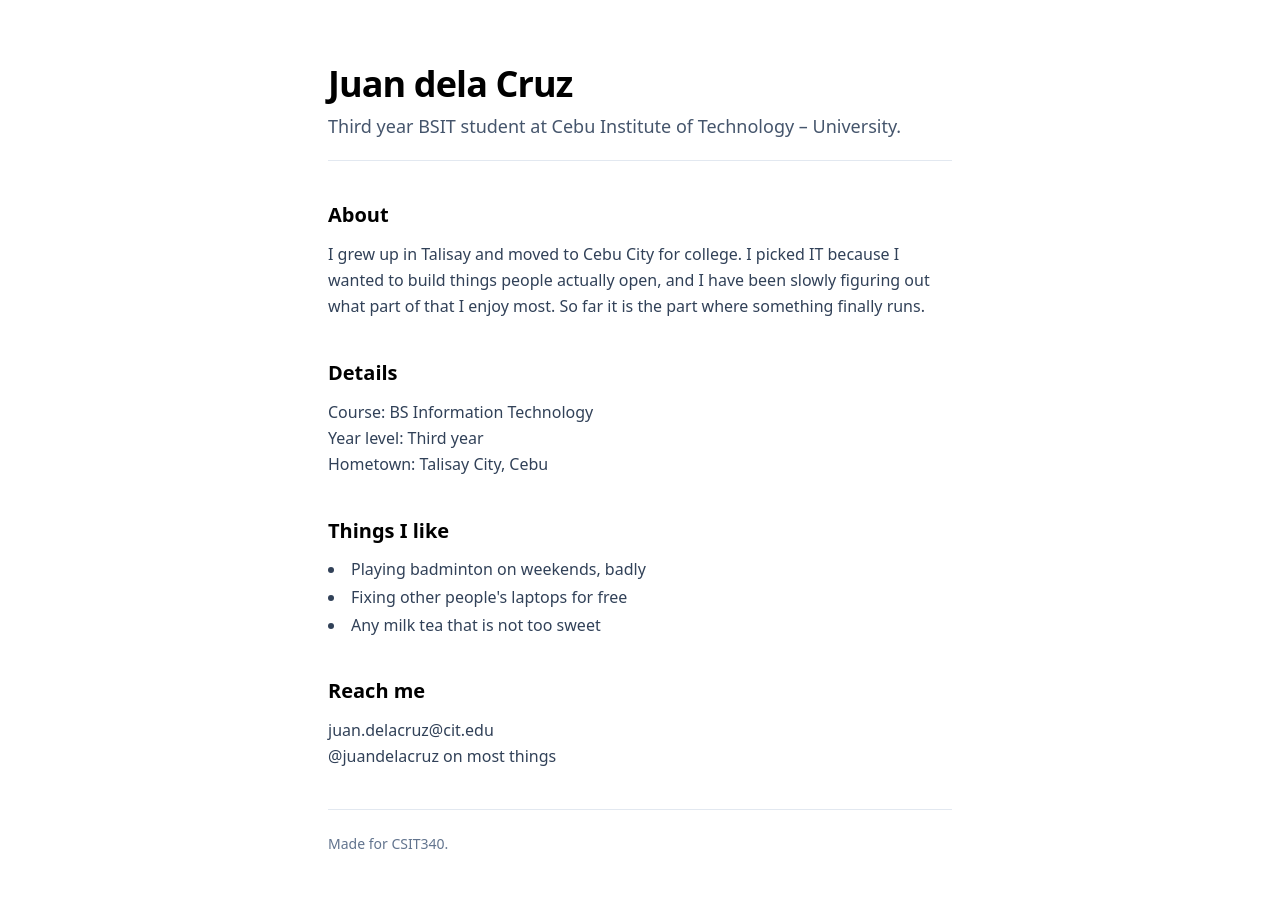
Repository: nicole-galan/CSIT340-Lab1-Galan
Page: /
An editor plug-in stored every save of this project. The page is shown before and after the next save, followed by the edit.
The browser window is 1280 px wide. The pictures show the whole page.
The project was rebuilt for these pictures with package versions that can differ from the ones it lists, and the page was loaded fresh each time. Also part of the build but not shown: vite.config.js.

Above is the page before, as saved 2026-09-04 16:35:02.

### index.html
<!doctype html>
<html lang="en">
  <head>
    <meta charset="UTF-8" />
    <link rel="icon" type="image/svg+xml" href="/favicon.svg" />
    <meta name="viewport" content="width=device-width, initial-scale=1.0" />
    <title>csit340-lab1</title>
  </head>
  <body>
    <div id="root"></div>
    <script type="module" src="/src/main.jsx"></script>
  </body>
</html>

### src/App.jsx
function App() {
  return (
    <>
      <header className="mx-auto px-6 pt-16 max-w-2xl">
        <h1 className="text-4xl font-semibold tracking-tight mb-2">Juan dela Cruz</h1>
        <p className="text-lg text-slate-600">
          Third year BSIT student at Cebu Institute of Technology – University.
        </p>
        <hr className="mt-5 border-slate-200" />
      </header>

      <main className="max-w-2xl mx-auto px-6 py-10">
        <section className="mb-10">
          <h2 className="text-xl font-semibold mb-3">About</h2>
          <p className="leading-relaxed text-slate-700">
            I grew up in Talisay and moved to Cebu City for college. I picked IT
            because I wanted to build things people actually open, and I have been
            slowly figuring out what part of that I enjoy most. So far it is the
            part where something finally runs.
          </p>
        </section>

        <section className="mb-10">
          <h2 className="text-xl font-semibold mb-3">Details</h2>
          <p className="leading-relaxed text-slate-700">
            Course: BS Information Technology
            <br />
            Year level: Third year
            <br />
            Hometown: Talisay City, Cebu
          </p>
        </section>

        <section className="mb-10">
          <h2 className="text-xl font-semibold mb-3">Things I like</h2>
          <ul className="list-disc list-inside space-y-1 text-slate-700">
            <li>Playing badminton on weekends, badly</li>
            <li>Fixing other people's laptops for free</li>
            <li>Any milk tea that is not too sweet</li>
          </ul>
        </section>

        <section>
          <h2 className="text-xl font-semibold mb-3">Reach me</h2>
          <p className="leading-relaxed text-slate-700">
            juan.delacruz@cit.edu
            <br />
            @juandelacruz on most things
          </p>
        </section>
      </main>

      <section className="max-w-2xl mx-auto px-6 pb-16">
        <hr className="mb-6 border-slate-200" />
        <p className="text-sm text-slate-500">Made for CSIT340.</p>
      </section>
    </>
  )
}

export default App

Loaded but not shown: src/main.jsx (common file); src/index.css (common file)

After the next save:
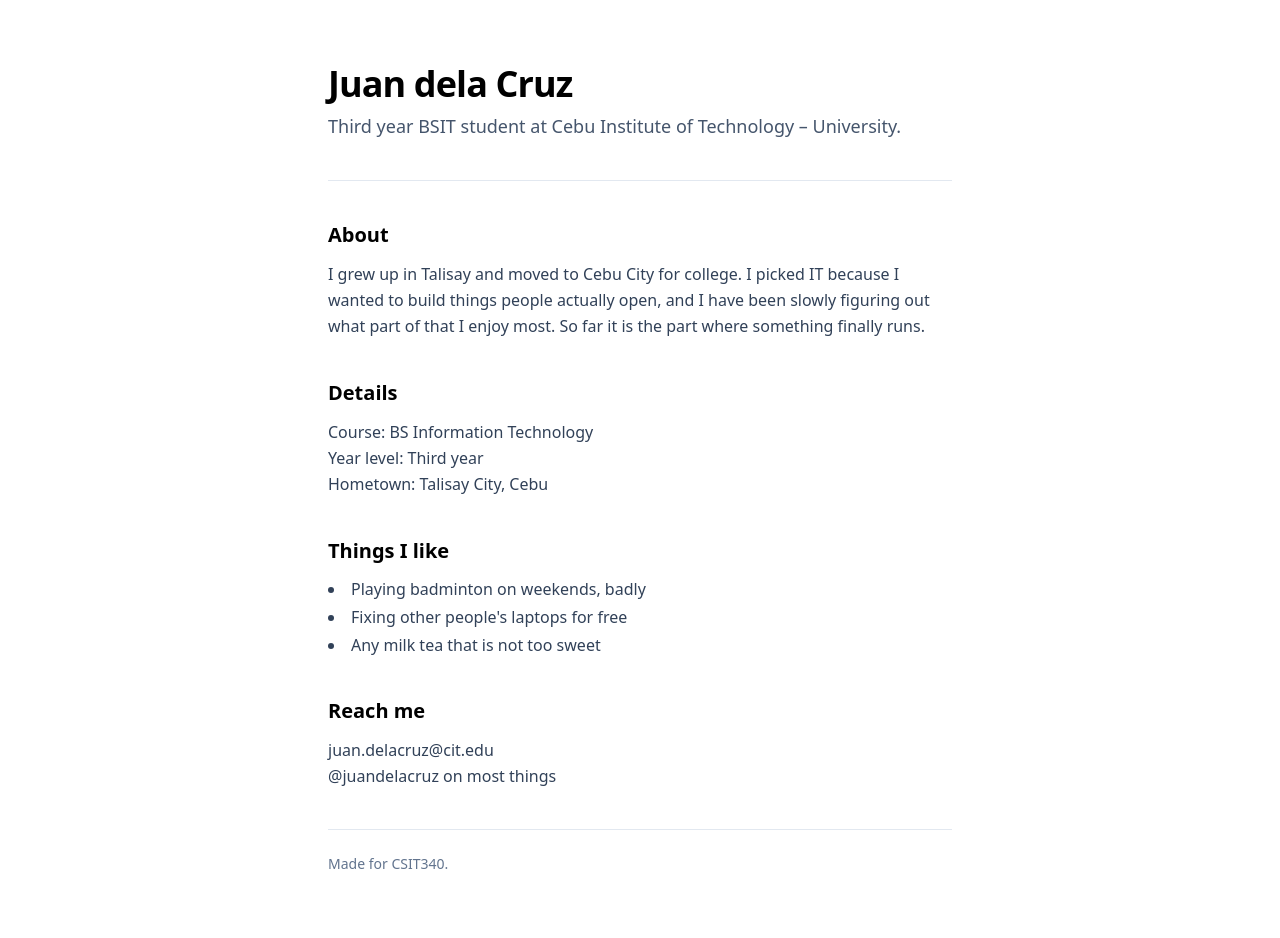
Saved 12 s later.
--- a/src/App.jsx
+++ b/src/App.jsx
@@ -6,7 +6,7 @@ function App() {
         <p className="text-lg text-slate-600">
           Third year BSIT student at Cebu Institute of Technology – University.
         </p>
-        <hr className="mt-5 border-slate-200" />
+        <hr className="mt-10 border-slate-200" />
       </header>
 
       <main className="max-w-2xl mx-auto px-6 py-10">
